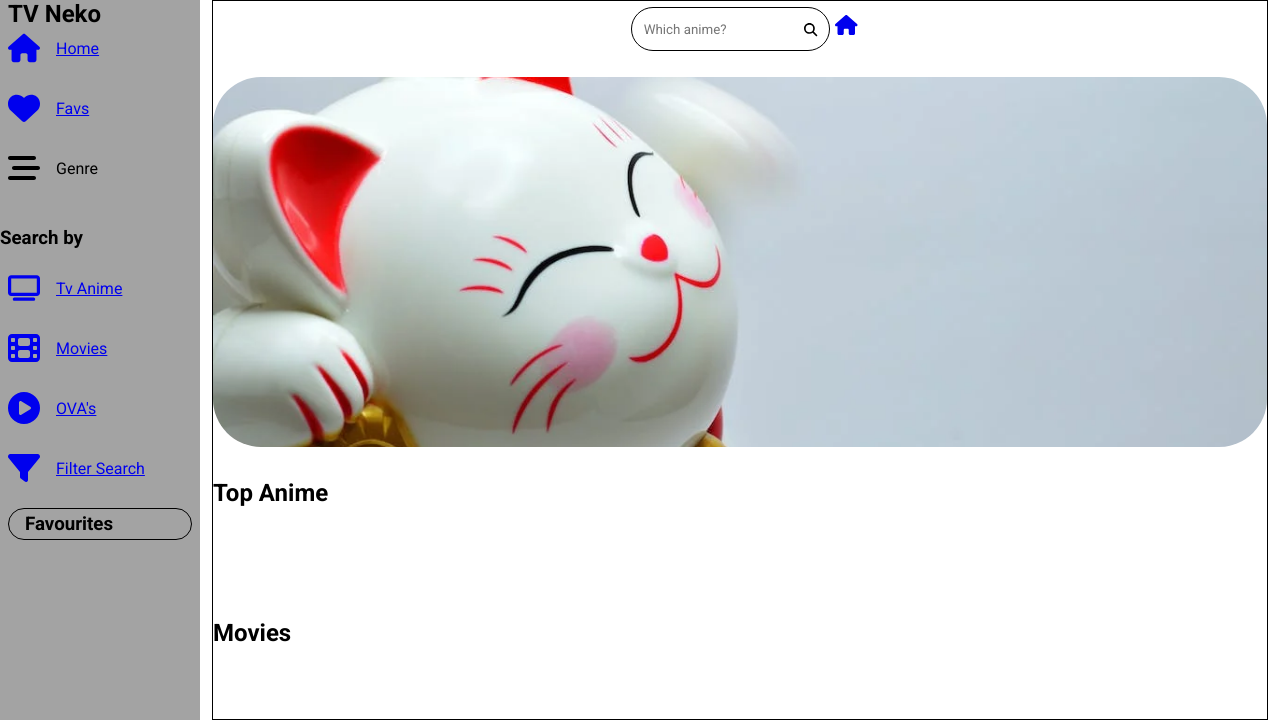
Repository: OwenMargiela/AnimeDatabse
Page: /
An editor plug-in stored every save of this project. The page is shown before and after the next save, followed by the edit.
The browser window is 1280 px wide. The pictures show the whole page.
The page's requests for data from a server got no answer. An inner scrolling area shows only its first screen. The project was rebuilt for these pictures with package versions that can differ from the ones it lists, and the page was loaded fresh each time. No one was signed in, and anything a server would have sent is missing. Also part of the build but not shown: src/Components/AnimeContainer.jsx, src/Pages/AnimePage/AnimePage.jsx, src/Components/Score.css, src/Components/Score.jsx, src/Components/AnimeDescription.jsx, src/Pages/AnimePage/AnimeInfo.jsx, src/Pages/AnimePage/AnimeGenre.jsx, src/Pages/FavouritesPage/Favourites.css and 7 more.

Above is the page before, as saved 2023-01-26 14:19:21.

After the next save:
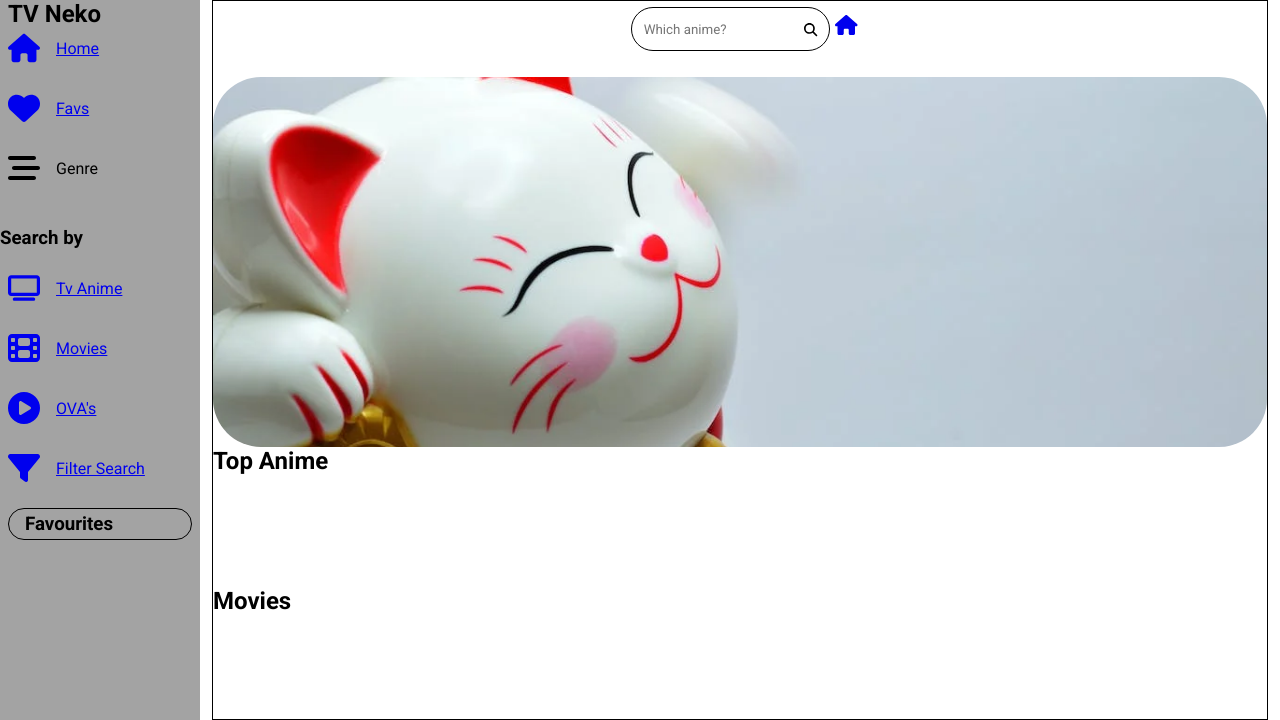
Saved 77 s later.
--- a/src/App.css
+++ b/src/App.css
@@ -123,7 +123,7 @@
   margin-bottom: 1.25em;
 } */
 .mainBody{
-  margin: 2em 0;
+  /* margin: 2em 0; */
   /* border: 1px solid black; */
 }
 

After the save that followed:
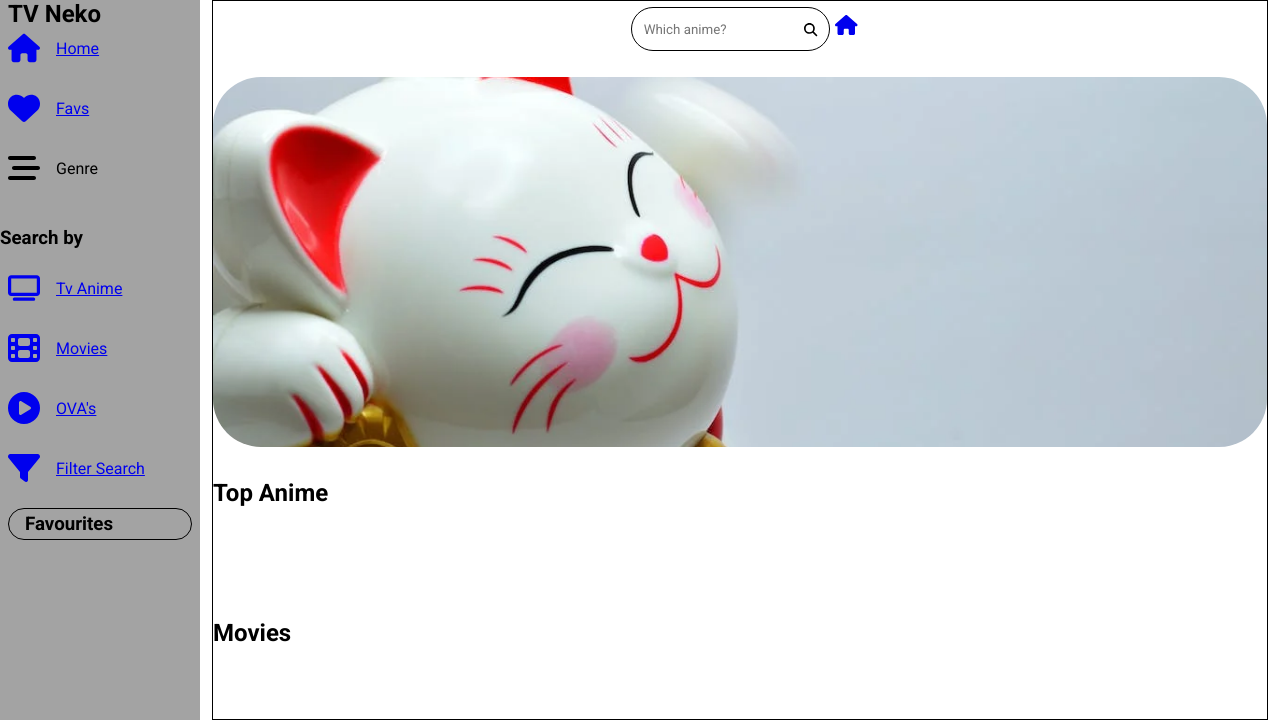
Saved 6 s later.
--- a/src/App.css
+++ b/src/App.css
@@ -123,7 +123,7 @@
   margin-bottom: 1.25em;
 } */
 .mainBody{
-  /* margin: 2em 0; */
+  margin: 2em 0;
   /* border: 1px solid black; */
 }
 
